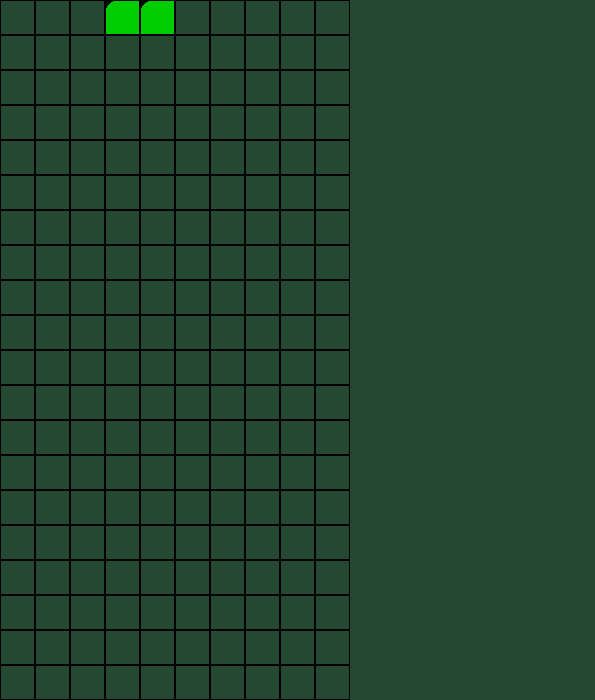
Repository: lucacdev/Tetris
Script's output: python assets/main.py
These files come from the project's save history. The script's output is drawn as it stood at one moment and after the next save; the edit follows.
The window is shown after at most 60 frames with no key pressed. Random numbers start from a fixed seed.

Above is the script's output before, as saved 2024-03-02 14:03:40.

After the next save:
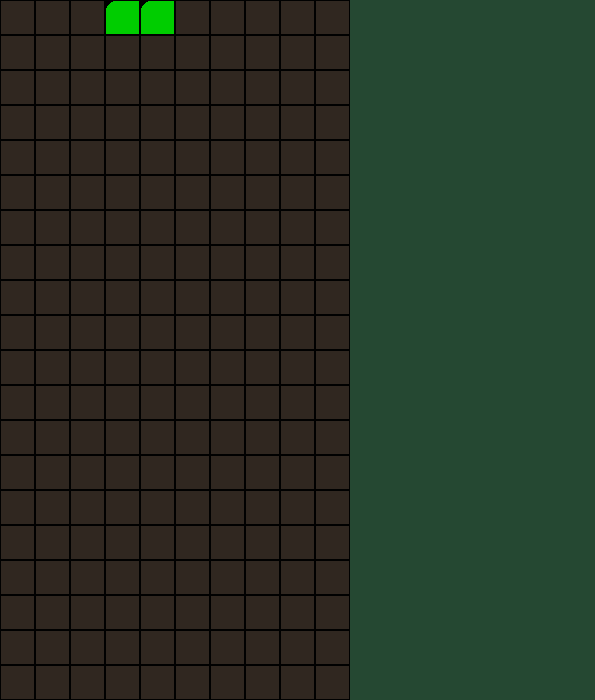
Saved 2 min 20 s later.
--- a/assets/main.py
+++ b/assets/main.py
@@ -33,6 +33,7 @@
 
     def draw(self):
         self.screen.fill(color=BG_COLOUR)
+        self.screen.fill(color=FIELD_COLOUR, rect=(0, 0, *FIELD_RES))
         self.tetris.draw()
         pg.display.flip()
 
